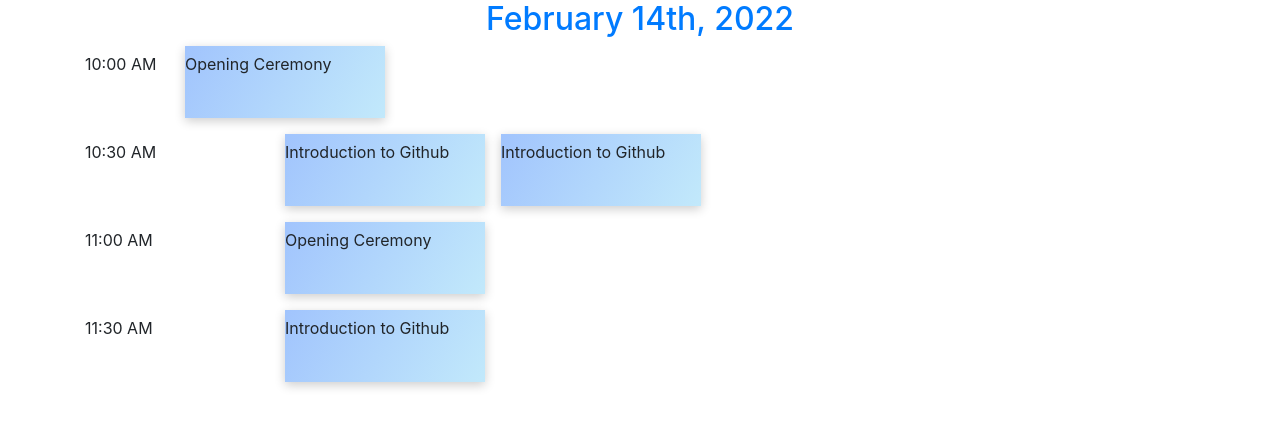
Repository: BaileyLuu/yuHacks2022
Page: public/schedule.html
An editor plug-in stored every save of this project. The page is shown before and after the next save, followed by the edit.
The browser window is 1280 px wide. The pictures show the whole page.
Some web libraries are served in a nearby version.

Above is the page before, as saved 2021-11-20 13:06:19.

After the next save:
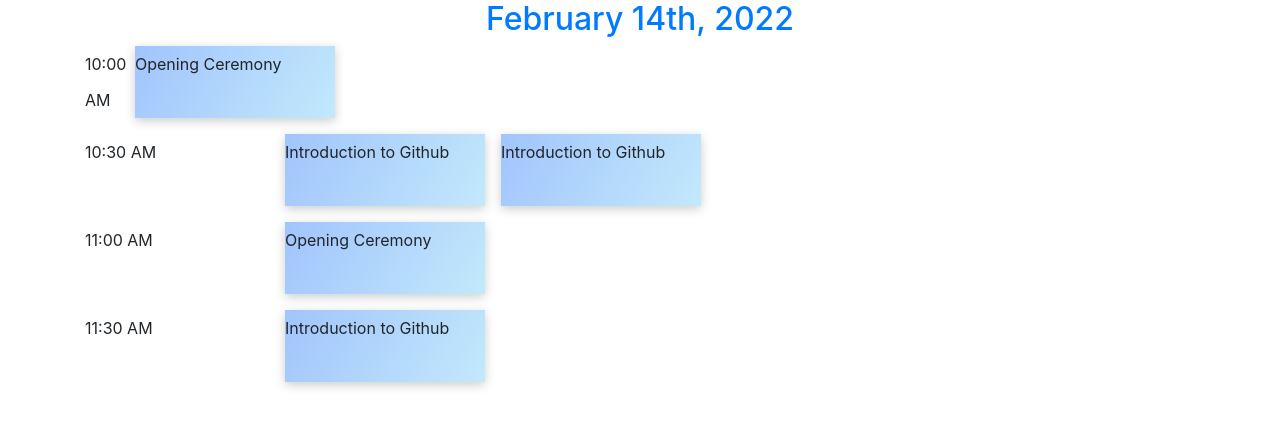
Saved 12 s later.
--- a/public/schedule.html
+++ b/public/schedule.html
@@ -66,7 +66,7 @@
 
 
                     <div class="box schedule-time mb-3">
-                        <div class="schedule-time" style="width: 100px;">10:00 AM</div>
+                        <div class="schedule-time" style="width: 50px;">10:00 AM</div>
                         <div class="session-box schedule-time">Opening Ceremony</div>
 
                     </div>

After the save that followed:
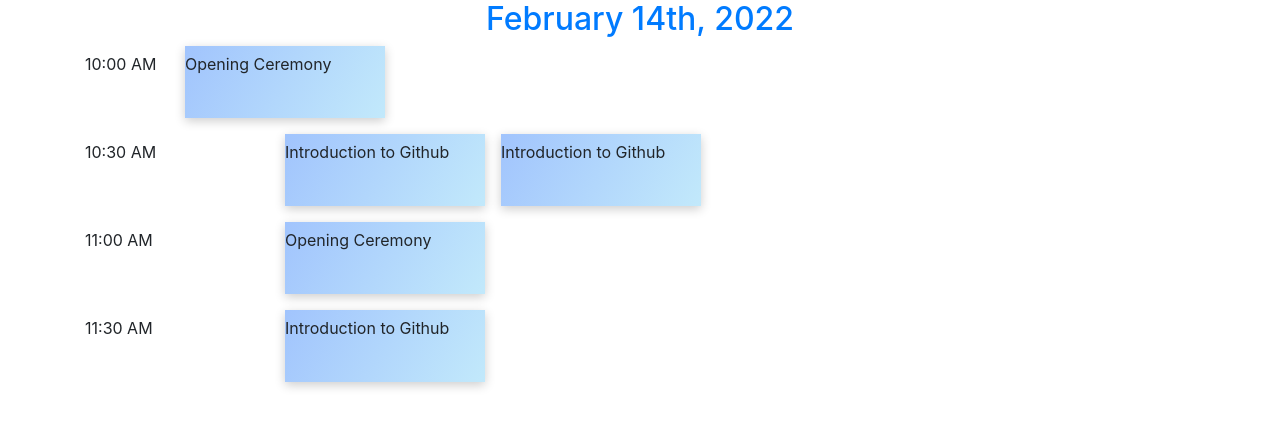
Saved 5 s later.
--- a/public/schedule.html
+++ b/public/schedule.html
@@ -66,7 +66,7 @@
 
 
                     <div class="box schedule-time mb-3">
-                        <div class="schedule-time" style="width: 50px;">10:00 AM</div>
+                        <div class="schedule-time" style="width: 100px;">10:00 AM</div>
                         <div class="session-box schedule-time">Opening Ceremony</div>
 
                     </div>
